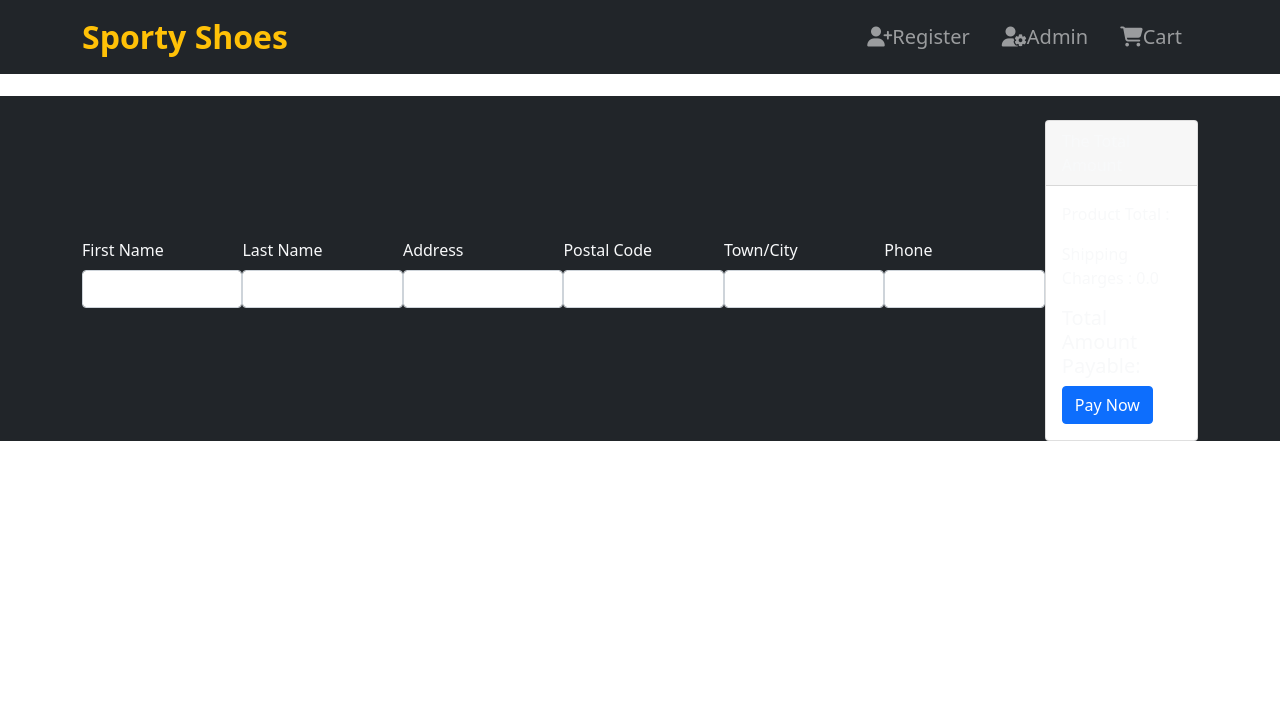
Repository: Niks4u2/SportyShoes
Page: http://localhost/checkout
An editor plug-in stored every save of this project. The page is shown before and after the next save, followed by the edit.
The browser window is 1280 px wide. The pictures show the whole page.
Some web libraries are served in a nearby version. The page is this project's Thymeleaf template; nobody is signed in. The template is opened directly, without the code that normally fills it, so the values that code supplies are empty.

Above is the page before, as saved 2021-11-10 12:19:11.

### Source Code/sporty-shoes/src/main/resources/templates/checkout.html
<!DOCTYPE html>
<html xmlns:th="http://www.thymeleaf.org"
	xmlns:sec="http://www.thymeleaf.org/thymeleaf-extras-springsecurity3">
<head>
<meta charset="ISO-8859-1">
<title>Cart</title>

    <link rel="stylesheet" href="https://cdnjs.cloudflare.com/ajax/libs/animate.css/4.1.1/animate.min.css" />
    <link href="https://cdn.jsdelivr.net/npm/bootstrap@5.0.2/dist/css/bootstrap.min.css" rel="stylesheet"
        integrity="sha384-EVSTQN3/azprG1Anm3QDgpJLIm9Nao0Yz1ztcQTwFspd3yD65VohhpuuCOmLASjC" crossorigin="anonymous">
    <script src="https://cdn.jsdelivr.net/npm/bootstrap@5.0.2/dist/js/bootstrap.bundle.min.js"
        integrity="sha384-MrcW6ZMFYlzcLA8Nl+NtUVF0sA7MsXsP1UyJoMp4YLEuNSfAP+JcXn/tWtIaxVXM"
        crossorigin="anonymous"></script>
    <script src="https://kit.fontawesome.com/92e9dde9ec.js" crossorigin="anonymous"></script>
<body>
    <!-- Navbar -->
    <nav class="navbar navbar-expand-lg bg-dark navbar-dark fixed-top">
        <div class="container">
            <a href="/" class="navbar-brand text-warning fw-bold fs-2 animate__animated animate__bounce">Sporty Shoes</a>
            <button class="navbar-toggler" type="button" data-bs-toggle="collapse" data-bs-target="#navmenu">
                <span class="navbar-toggler-icon"></span>
            </button>
            <div class="collapse navbar-collapse" id="navmenu">
                <ul class="navbar-nav ms-auto">
                    <li class="nav-item">
                        <a th:href="@{/registration}" class="nav-link lead px-3"><i class="fas fa-user-plus"></i>Register</a>
                    </li>
                    <li class="nav-item">
                        <a th:href="@{/adminregistration}" class="nav-link lead px-3"><i class="fas fa-user-cog"></i>Admin</a>
                    </li>
                    <li class="nav-item">
                        <a th:href="@{/cart}" class="nav-link lead px-3"><i class="fas fa-shopping-cart"></i>Cart</a>
                    </li>
                    <li class="nav-item" sec:authorize="isAuthenticated()">
                    	<span th:text=${cartCount} class="nav-link lead px-3">0</span >
                    </li>
                </ul>
            </div>
        </div>
    </nav>
    <br>
    <br>
    <br>
    <br>

    <!-- Billing Details -->
    <section class="bg-dark text-light p-5 p-lg-0 pt-lg-4 text-center text-sm-start">
        <div class="container">
            <div class="d-sm-flex align-items-center justify-content-between">
                <div class="ml-4 pl-4">
<form>
  <div class="mb-3">
    <label for="exampleInputEmail1" class="form-label">First Name </label>
    <input type="email" class="form-control" id="exampleInputEmail1" aria-describedby="emailHelp">
  </div>
    </div>
    <div class="mb-3">
    <label for="exampleInputEmail1" class="form-label">Last Name </label>
    <input type="email" class="form-control" id="exampleInputEmail1" aria-describedby="emailHelp">
  </div>
  <div class="mb-3">
    <label for="exampleInputPassword1" class="form-label">Address </label>
    <input type="text" class="form-control" id="exampleInputPassword1">
  </div>
    <div class="mb-3">
    <label for="exampleInputEmail1" class="form-label">Postal Code </label>
    <input type="email" class="form-control" id="exampleInputEmail1" aria-describedby="emailHelp">
  </div>
    <div class="mb-3">
    <label for="exampleInputEmail1" class="form-label">Town/City </label>
    <input type="email" class="form-control" id="exampleInputEmail1" aria-describedby="emailHelp">
  </div>
    <div class="mb-3">
    <label for="exampleInputEmail1" class="form-label">Phone </label>
    <input type="email" class="form-control" id="exampleInputEmail1" aria-describedby="emailHelp">
  <!-- <button type="submit" class="btn btn-primary">Submit</button> -->
</form>
                </div>
<div class="card">
  <div class="card-header">
    The Total Amount
  </div>
  <div class="card-body">
      <p class="card-text">Product Total : <span th:text=${total}></span ></p>
    <p class="card-text">Shipping Charges : 0.0</p>
    <h5 class="card-title">Total Amount Payable: <span th:text=${total}></span ></h5>
    <a href="#" class="btn btn-primary">Pay Now</a>
  </div>
</div>            </div>
        </div>
    </section>

</body>

After the next save:
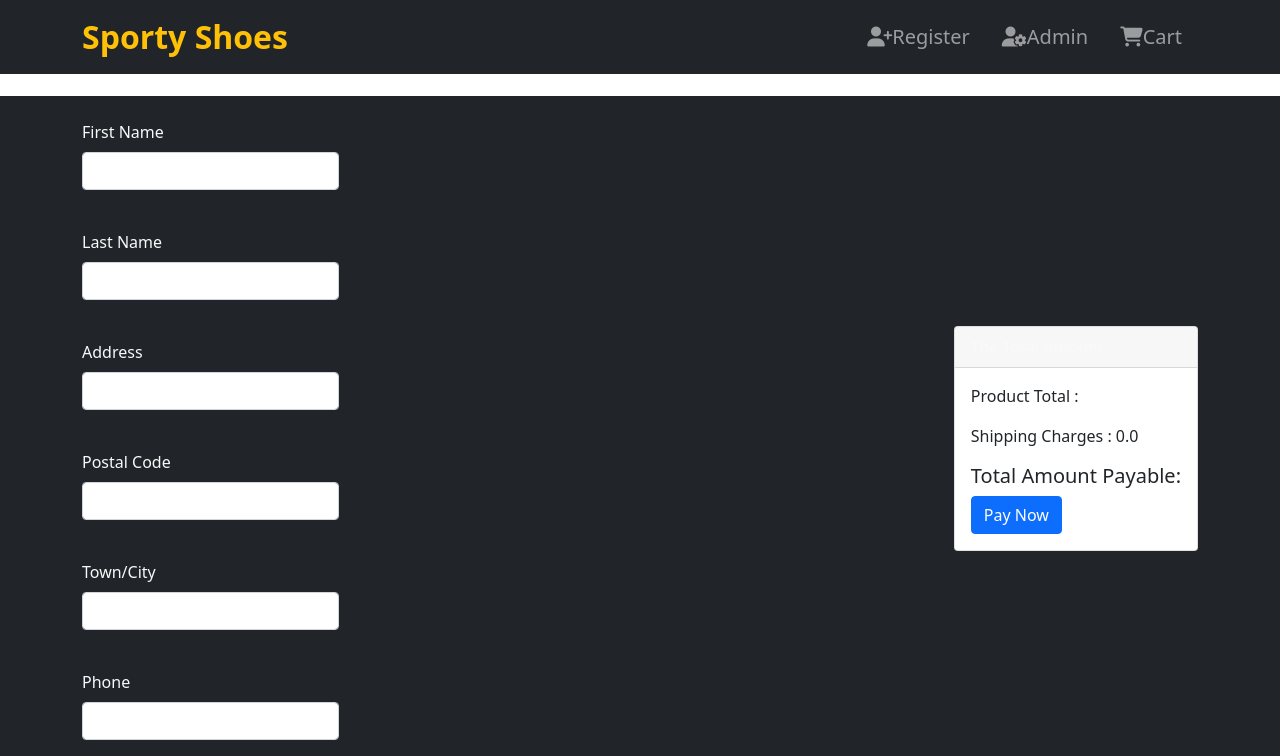
Saved 4 min 40 s later.
--- a/Source Code/sporty-shoes/src/main/resources/templates/checkout.html
+++ b/Source Code/sporty-shoes/src/main/resources/templates/checkout.html
@@ -52,27 +52,27 @@
   <div class="mb-3">
     <label for="exampleInputEmail1" class="form-label">First Name </label>
     <input type="email" class="form-control" id="exampleInputEmail1" aria-describedby="emailHelp">
-  </div>
-    </div>
+  </div><br>
     <div class="mb-3">
     <label for="exampleInputEmail1" class="form-label">Last Name </label>
     <input type="email" class="form-control" id="exampleInputEmail1" aria-describedby="emailHelp">
-  </div>
+  </div><br>
   <div class="mb-3">
     <label for="exampleInputPassword1" class="form-label">Address </label>
     <input type="text" class="form-control" id="exampleInputPassword1">
-  </div>
+  </div><br>
     <div class="mb-3">
     <label for="exampleInputEmail1" class="form-label">Postal Code </label>
     <input type="email" class="form-control" id="exampleInputEmail1" aria-describedby="emailHelp">
-  </div>
+  </div><br>
     <div class="mb-3">
     <label for="exampleInputEmail1" class="form-label">Town/City </label>
     <input type="email" class="form-control" id="exampleInputEmail1" aria-describedby="emailHelp">
-  </div>
+  </div><br>
     <div class="mb-3">
     <label for="exampleInputEmail1" class="form-label">Phone </label>
     <input type="email" class="form-control" id="exampleInputEmail1" aria-describedby="emailHelp">
+    </div>
   <!-- <button type="submit" class="btn btn-primary">Submit</button> -->
 </form>
                 </div>
@@ -80,7 +80,7 @@
   <div class="card-header">
     The Total Amount
   </div>
-  <div class="card-body">
+  <div class="card-body text-dark">
       <p class="card-text">Product Total : <span th:text=${total}></span ></p>
     <p class="card-text">Shipping Charges : 0.0</p>
     <h5 class="card-title">Total Amount Payable: <span th:text=${total}></span ></h5>
